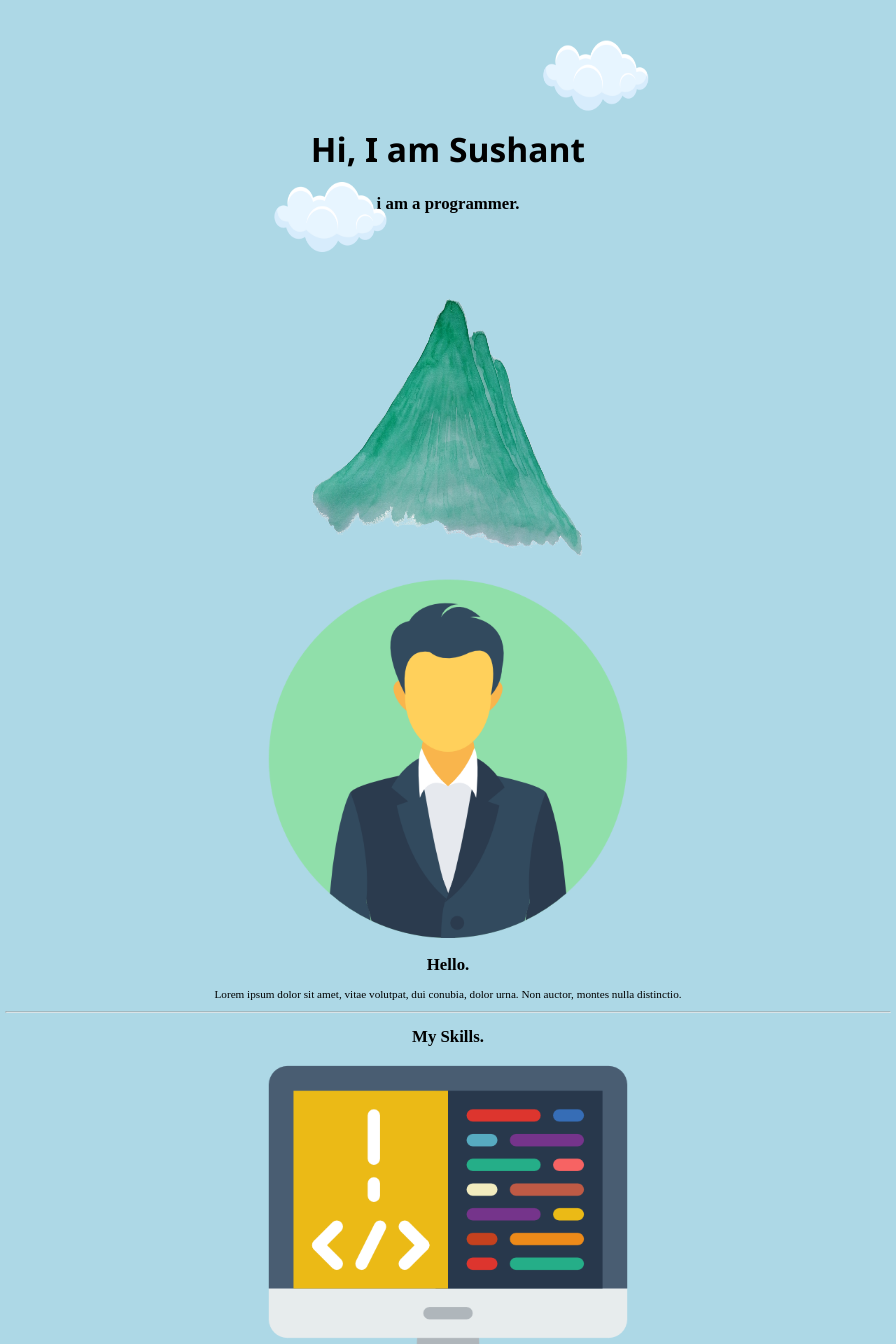
Repository: Sushant203/myPersonalSite
Page: index.html
These files come from the project's save history. The page is drawn as it stood at one moment and after a run of saves; the edit follows.
The browser window is 1280 px wide. The pictures show the part of the page from y = 0 to 1920 px (the page is 2962 px tall), at 70% of full size.

Above is the page before, as saved 2022-12-09 19:15:50.

After the next 2 saves:
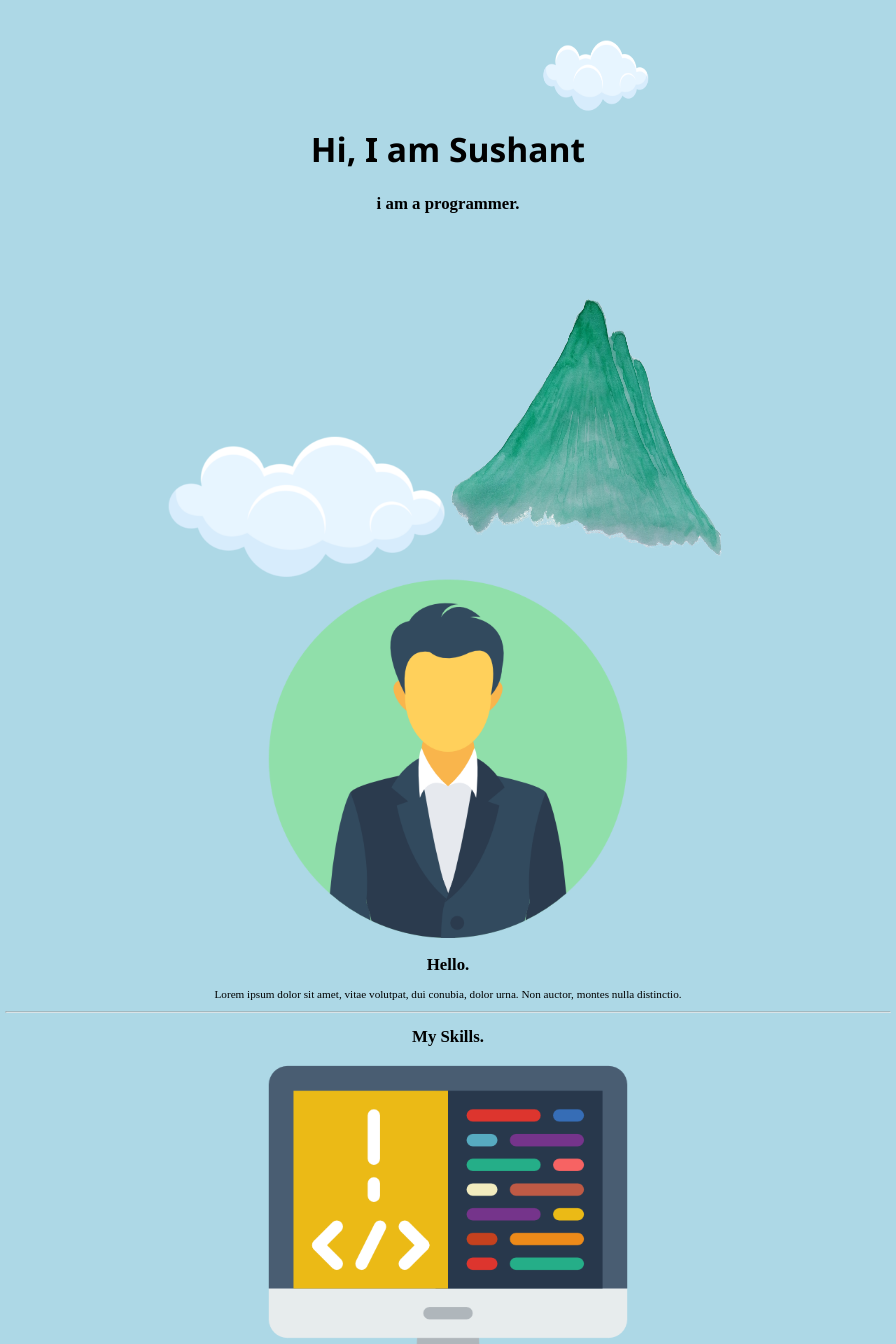
The 2 saves are shown as one change because they came seconds apart.
The last was saved 10 s later.
--- a/css/style.css
+++ b/css/style.css
@@ -30,6 +30,8 @@
     font-size: 3rem;
 }
 
+.header
+
 .bottom-cloud{
     height: 100px;
     width: 160px;

After the 3 saves that followed:
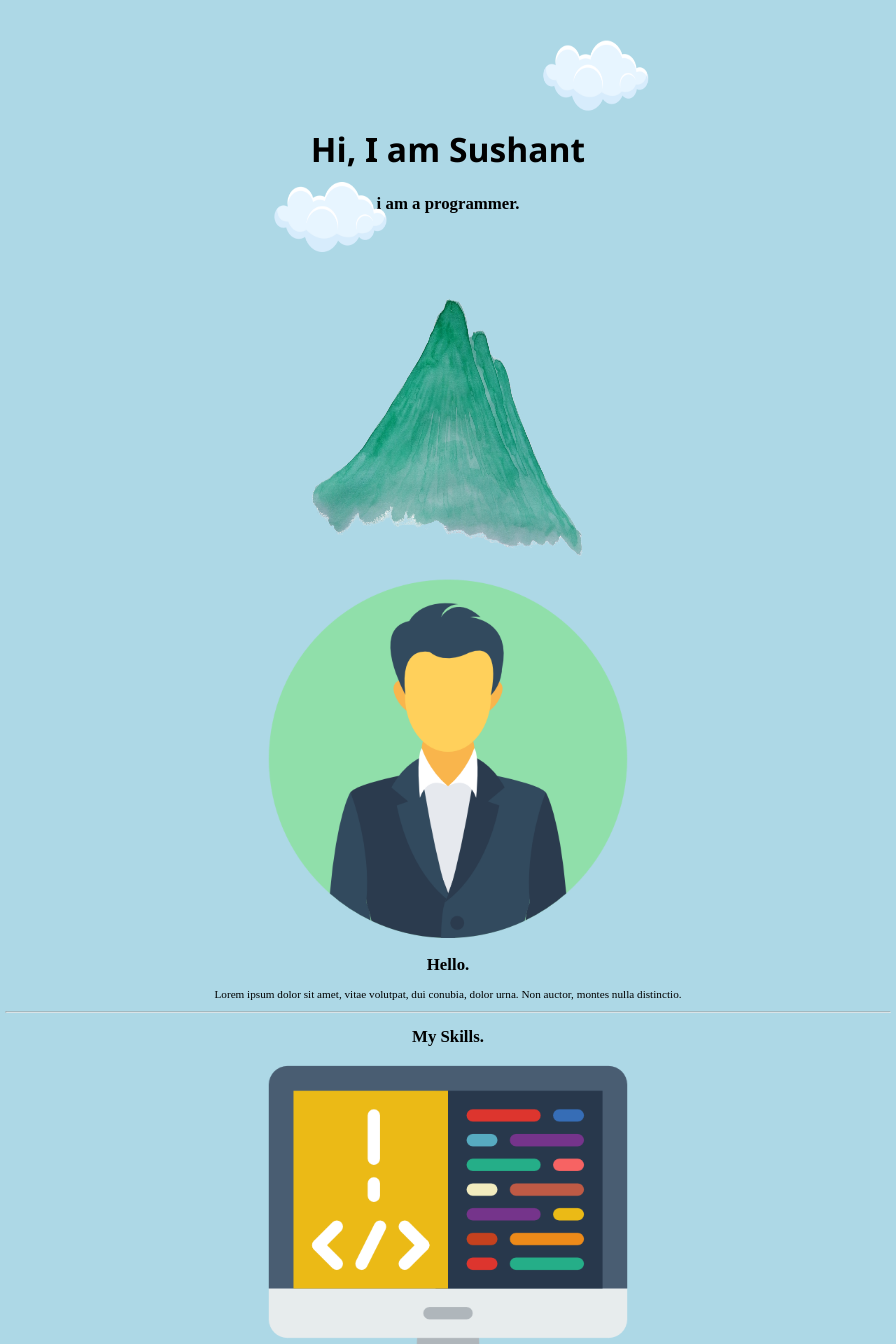
The 3 saves are shown as one change because they came seconds apart.
The last was saved 9 s later.
--- a/css/style.css
+++ b/css/style.css
@@ -30,7 +30,9 @@
     font-size: 3rem;
 }
 
-.header
+.header-text h2{
+    font-weight: ;
+}
 
 .bottom-cloud{
     height: 100px;
